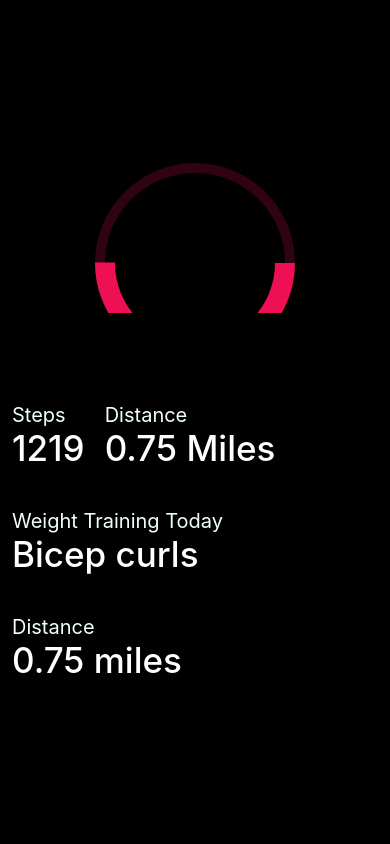
Repository: JamesPesenti/JiMTracker
Screen: /
These files come from the project's save history. The screen is drawn as it stood at one moment and after the next save; the edit follows.
The app was drawn by React Native's web renderer in a window 390 px wide. The project was rebuilt for these pictures with package versions that can differ from the ones it lists, and the page was loaded fresh each time.

Above is the screen before, as saved 2023-06-16 14:48:48.

### App.tsx
import { StatusBar } from 'expo-status-bar';
import { StyleSheet, Text, View } from 'react-native';
import Value from "./src/components/Value"
import RingProgress from './src/components/RingProgress';



export default function App() {
  return (
    <View style={styles.container}>
       <RingProgress />
       <View style={{flexDirection: "row", gap: 20}}>
          <Value label="Steps" value="1219" />
          <Value label="Distance" value="0.75 Miles" />
       </View>
          {/* Training */}
           <View>
              <Text style={styles.label}>Weight Training Today</Text>
              <Text style={styles.amount}>Bicep curls</Text>
           </View>

        <View style={{flexDirection: 'row'}}>
          {/* new */}
          <View>
              <Text style={styles.label}>Distance</Text>
              <Text style={styles.amount}>0.75 miles</Text>
          </View>
        </View>
      <StatusBar style="auto" />
    </View>
  );
}

const styles = StyleSheet.create({
  container: {
    flex: 1,
    backgroundColor: 'black',
    justifyContent: 'center',
    padding: 12,
    marginHorizontal: 0,
    gap: 40,
  },
  label: {
    color: "azure",
    fontSize: 20,
  },
  amount: {
    color: "white",
    fontSize: 35,
    fontWeight: "500"
  }
});

### src/components/Value.tsx
import { StyleSheet, Text, View } from 'react-native';

type ValueProps = {
  label: string;
  value: string;
}

const Value = ({ label, value }: ValueProps) => {
  return (
    <>
     <View>
      <Text style={styles.label}>{label}</Text>
      <Text style={styles.amount}>{value}</Text>
     </View>
    </>
  )
}

export default Value

const styles = StyleSheet.create({
   label: {
      color: "azure",
      fontSize: 20,
    },
    amount: {
      color: "white",
      fontSize: 35,
      fontWeight: "500"
    }
})

### src/components/RingProgress.tsx
import { StyleSheet, Text, View } from 'react-native'
import SVG, { Circle } from 'react-native-svg'

type RingProgressProps = {
   radius?: number;
   strokeWidth?: number;
}

const color = "#EE0F55"

const RingProgress = ({radius = 100, strokeWidth = 20}: RingProgressProps) => {

   const innerRadius = radius - strokeWidth / 2
   const circumference = 2 * Math.PI * innerRadius

  return (
    <View style={{ width: radius * 2, height: radius * 2, alignSelf: "center"}}>
      <SVG>
         {/* background */}
         <Circle
            cx={radius}
            cy={radius}
            r={innerRadius}
            strokeWidth={strokeWidth}
            stroke={color}
            opacity={0.2}
         />
         {/* foreground */}
         <Circle
            cx={radius}
            cy={radius}
            r={innerRadius}
            strokeWidth={strokeWidth}
            stroke={color}
            strokeDasharray={[circumference * 0.5, circumference]}
         />
      </SVG>
    </View>
  )
}

export default RingProgress

const styles = StyleSheet.create({})

After the next save:
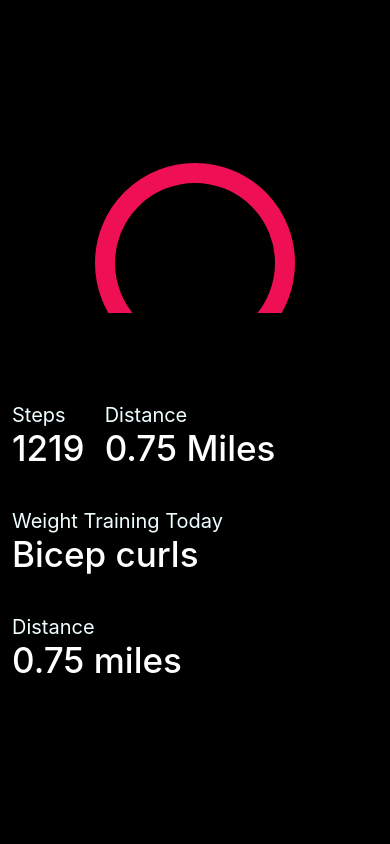
Saved 4 s later.
--- a/src/components/RingProgress.tsx
+++ b/src/components/RingProgress.tsx
@@ -32,7 +32,7 @@ const RingProgress = ({radius = 100, strokeWidth = 20}: RingProgressProps) => {
             r={innerRadius}
             strokeWidth={strokeWidth}
             stroke={color}
-            strokeDasharray={[circumference * 0.5, circumference]}
+            strokeDasharray={[circumference * 1, circumference]}
          />
       </SVG>
     </View>
